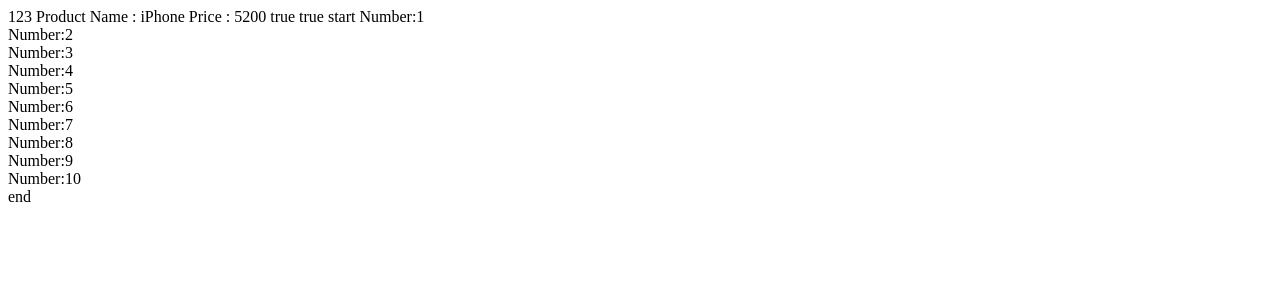
Repository: suzume1203/test
Page: http://localhost/JspProject/TestJSTL.jsp
The author's editor kept a copy of each file at every save. The page is drawn from the files as they stood at one save, then again after the next save.
The browser window is 1280 px wide. The pictures show the whole page.
The page is served by Tomcat 10. Nobody is signed in. The application's start-up code is not run. Other server files are loaded and not shown.

Above is the page before, as saved 2023-03-09 09:06:12.

### JspProject/src/main/webapp/TestJSTL.jsp
<%@ page language="java" contentType="text/html; charset=UTF-8" pageEncoding="UTF-8"%>
<%@ taglib prefix="c" uri="http://java.sun.com/jsp/jstl/core"%>
<!DOCTYPE html>
<html>
<head>
<meta charset="UTF-8">
<title>JSTL</title>
</head>
<body>
	123
	<c:set var="product">iPhone</c:set>
	<c:set var="price" value="5200" />
	<c:out value="Product Name : ${product}" />
	<c:out value="Price : ${price}" />
	<c:if test="${price>3000}">true</c:if>
	<c:set var="month">2</c:set>
	<c:choose>
		<c:when test="${month == 2}">true</c:when>
		<c:otherwise>false</c:otherwise>
	</c:choose>
	<c:forEach var="i" begin="1" end="10" step="1" varStatus="check">
		<c:if test="${check.first}">start</c:if>
		Number:${i}<br/>
		<c:if test="${check.last}">end</c:if>
	</c:forEach>
</body>
</html>

After the next save:
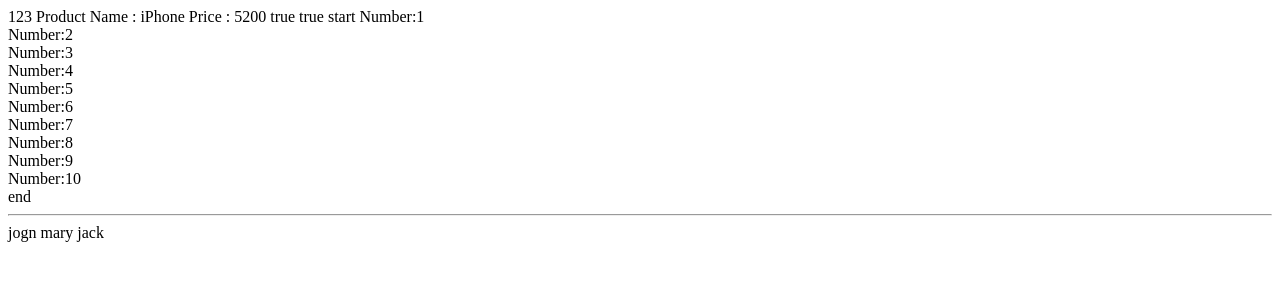
Saved 7 min 43 s later.
--- a/JspProject/src/main/webapp/TestJSTL.jsp
+++ b/JspProject/src/main/webapp/TestJSTL.jsp
@@ -23,5 +23,9 @@
 		Number:${i}<br/>
 		<c:if test="${check.last}">end</c:if>
 	</c:forEach>
+	<hr/>
+	<c:forTokens items="jogn*/=-mary*jack" delims="*/=-" var="item">
+		${item}
+	</c:forTokens>
 </body>
 </html>
